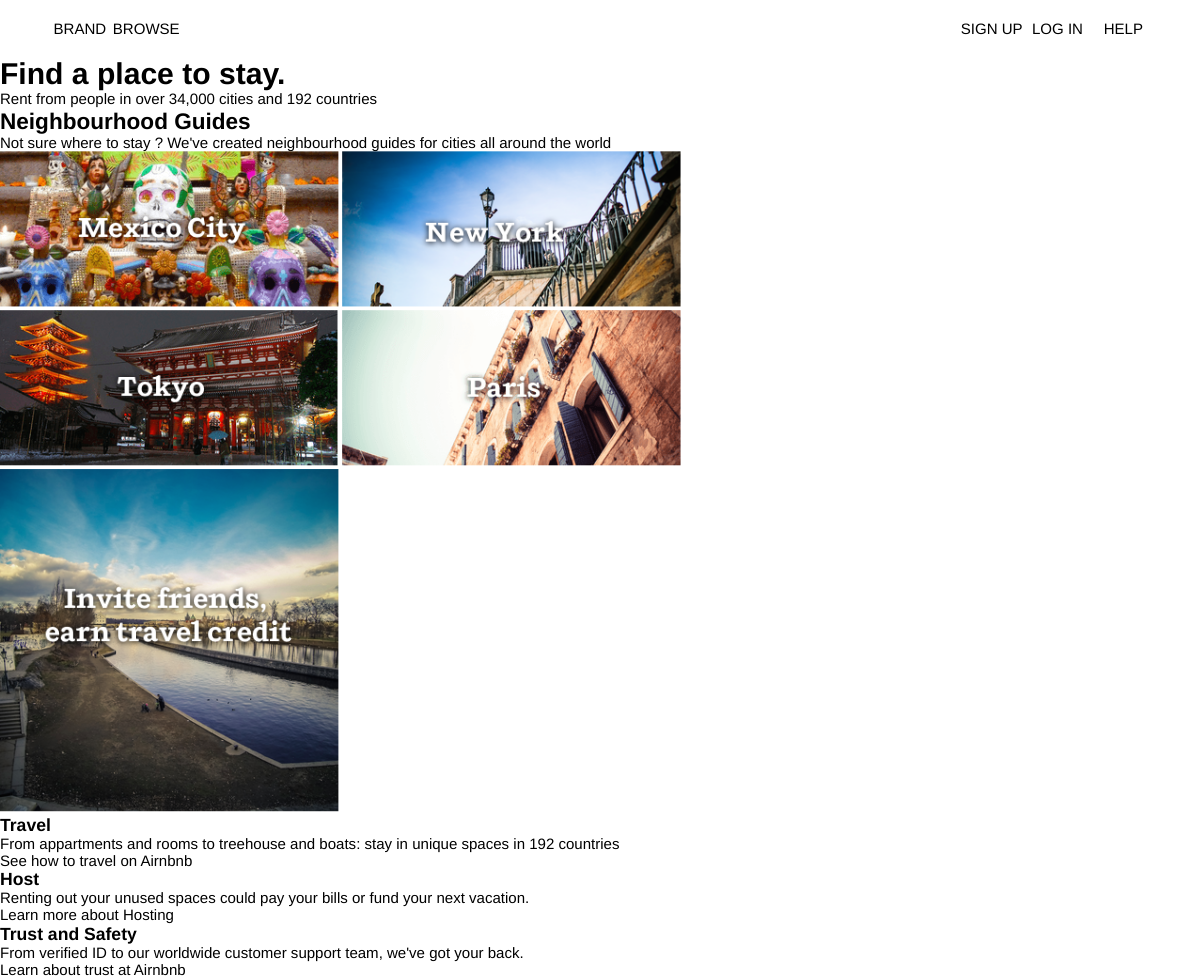
Repository: Naohonproject/web101x02-asm3
Page: Project3.html
An editor plug-in stored every save of this project. The page is shown before and after the next save, followed by the edit.
The browser window is 1280 px wide. The pictures show the whole page, at 94% of full size.

Above is the page before, as saved 2022-01-22 00:37:11.

### Project3.html
<!-- @format -->

<!DOCTYPE html>
<html lang="en">
	<head>
		<meta charset="UTF-8" />
		<meta http-equiv="X-UA-Compatible" content="IE=edge" />
		<meta name="viewport" content="width=device-width, initial-scale=1.0" />
		<link rel="stylesheet" href="./assets/css/style.css" />

		<link rel="stylesheet" href="./assets/css/layout.css">
		<link rel="stylesheet" href="./assets/css/responsive.css" />
		<title>Home</title>
	</head>
	<body class="home-body">
		<header id="header">
			<div class="header-wrapper">
				<div class="nav-bar">
					<div class="left-col">
						<div class="nav-item ml">
							<a href="#">Brand</a>
						</div>

						<div class="nav-item ml">
							<a href="#">Browse</a>
						</div>
					</div>

					<div class="right-col">
						<div class="nav-item ml">
							<a href="Signup.html" target="_blank">Sign Up</a>
						</div>

						<div class="nav-item ml">
							<a href="login.html" target="_blank">Log In</a>
						</div>

						<div class="nav-item ml mr">
							<a href="#" target="_blank">Help</a>
						</div>
					</div>
				</div>
			</div>
		</header>

		<!-- <video
			src="./assets/video/slider.mp4"
			controls
			autoplay
			muted
			style="width: 100%"
		></video> -->

		<div id="banner">
			<div class="banner-wrapper">
				<div class="banner-text-content">
					<div class="content-heading">
						<h1 class="white-text">Find a place to stay.</h1>
					</div>
					<div class="content-desc">
						<p class="white-text">
							Rent from people in over 34,000 cities and 192 countries
						</p>
					</div>
				</div>
			</div>
		</div>

		<div id="content">
			<div class="content-wrapper box-padding">
				<div class="content-heading">
					<h2>Neighbourhood Guides</h2>
					<p>
						Not sure where to stay ? We've created neighbourhood guides for
						cities all around the world
					</p>
				</div>
				<div class="content-images-table">
					<div class="image-block">
						<img
							class="first-img"
							src="./assets/img/web101x-Mexico City.png"
							alt="Mexico City"
							width="360"
						/>
						<img
							src="./assets/img/web101x-New York.png"
							alt="New York City"
							width="360"
						/>
					</div>
					<div class="image-block">
						<img
							class="first-img"
							src="./assets/img/web101x-Tokyo.png"
							alt="Tokyo City"
							width="360"
						/>
						<img
							src="./assets/img/web101x-Paris.png"
							alt="Paris City"
							width="360"
						/>
					</div>
					<div class="image-block">
						<img
							src="./assets/img/web101x-Invitation.png"
							alt="Invitation image"
							width="360"
						/>
					</div>
				</div>
				<div class="clear"></div>
			</div>
		</div>

		<footer id="footer">
			<div class="footer-wrapper box-padding">
				<div class="footer-block">
					<h3 class="bold-text">Travel</h3>
					<p>
						From appartments and rooms to treehouse and boats: stay in unique
						spaces in 192 countries
					</p>
					<a href="#">See how to travel on Airnbnb</a>
				</div>

				<div class="footer-block">
					<h3 class="bold-text">Host</h3>
					<p>
						Renting out your unused spaces could pay your bills or fund your
						next vacation.
					</p>
					<a href="#">Learn more about Hosting</a>
				</div>

				<div class="footer-block">
					<h3 class="bold-text">Trust and Safety</h3>
					<p>
						From verified ID to our worldwide customer support team, we've got
						your back.
					</p>
					<a href="#">Learn about trust at Airnbnb</a>
				</div>
				<div class="clear"></div>
			</div>
		</footer>
		</div>
	</body>
</html>

### assets/css/style.css
/**
 * /* ======reset css======
 *
 * @format
 */

*,
::before,
::after {
	padding: 0;
	margin: 0;
	box-sizing: border-box;
	list-style-type: none;
	text-decoration: none;
	color: #000;
}

html {
	font-family: "Helvetica Neue", Helvetica, Arial;
}

.header-wrapper {
	font-size: 16px;
	display: block;
}

.nav-bar a {
	color: #fff;
	line-height: 16px;
	text-transform: uppercase;
}

### assets/css/layout.css
/** @format */

#header {
	width: 100%;
	height: 60px;
	background-color: #25373d;
	background-clip: border-box;
}

.nav-bar {
	display: flex;
	flex-direction: row;
	flex-wrap: no-wrap;
	align-items: center;
	justify-content: space-evenly;
	padding: 0 20px;
}

.left-col {
	display: flex;
	flex: 2;
	flex-direction: row;
	justify-content: space-around;
	align-items: center;
}

.right-col {
	display: flex;
	flex: 3;
	flex-direction: row;
	justify-content: space-around;
	align-items: center;
}

.nav-item {
	width: 70px;
	height: 60px;
	padding: 22px 0;
	text-align: center;
}

.ml-10 {
	margin-left: 10px;
}

.mr-10 {
	margin-right: 10px;
}

### assets/css/responsive.css
/** @format */

/* ========responsive for tablet */
@media screen and (min-width: 768px) {
	#header {
		background-color: #aab69b;
	}

	.nav-bar {
		padding: 0 28px;
	}

	.left-col {
		justify-content: flex-start;
	}

	.right-col {
		justify-content: flex-end;
	}
}

/* ========responsive for desktop */
@media screen and (min-width: 992px) {
	#header {
		background-color: #fff;
	}

	.nav-bar {
		padding: 0 50px;
	}

	.left-col {
		justify-content: flex-start;
	}

	.right-col {
		justify-content: flex-end;
	}

	.nav-bar a {
		color: #000;
	}
}

After the next save:
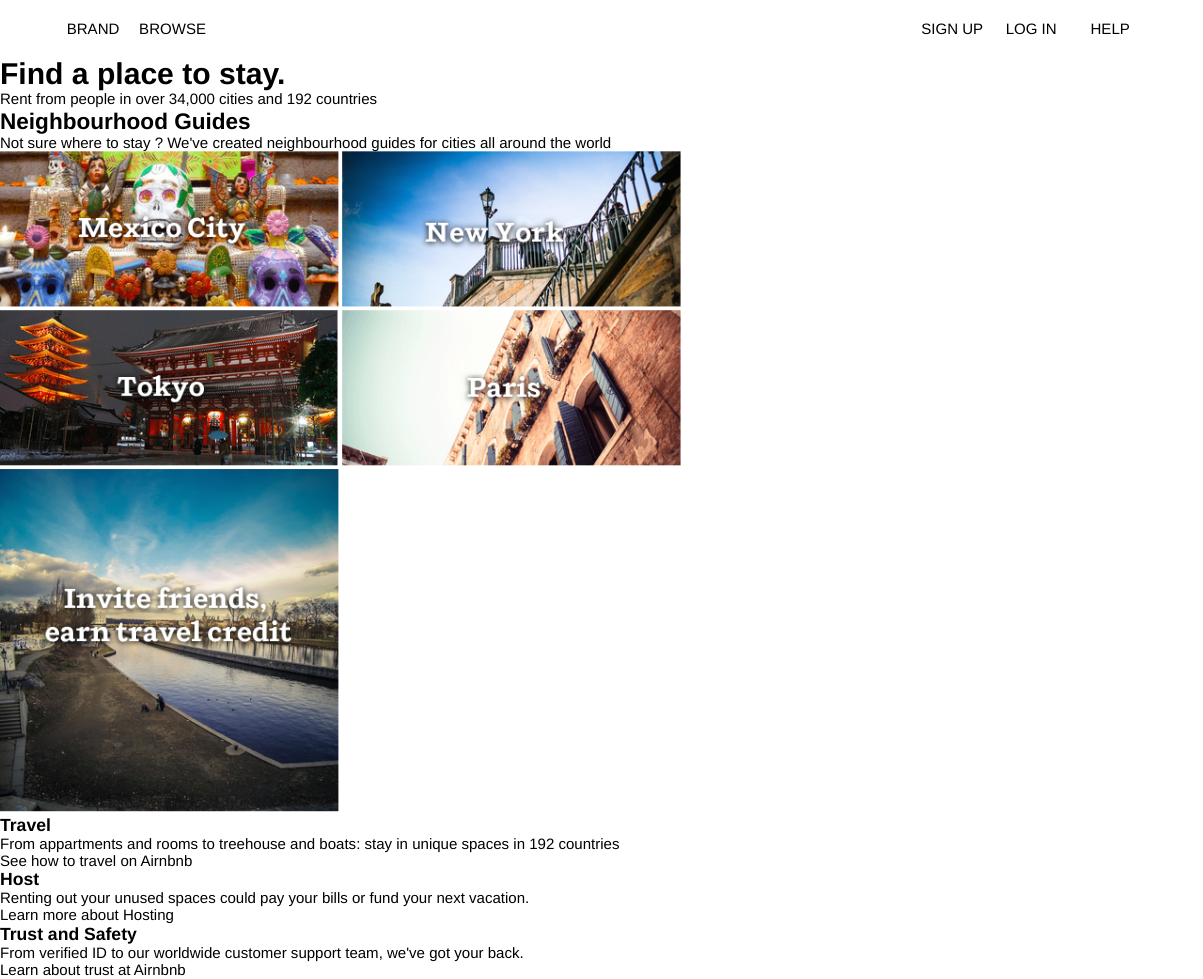
Saved 22 s later.
--- a/assets/css/responsive.css
+++ b/assets/css/responsive.css
@@ -16,6 +16,14 @@
 
 	.right-col {
 		justify-content: flex-end;
+	}
+
+	.ml {
+		margin-left: 14px;
+	}
+
+	.mr {
+		margin-right: 14px;
 	}
 }
 
